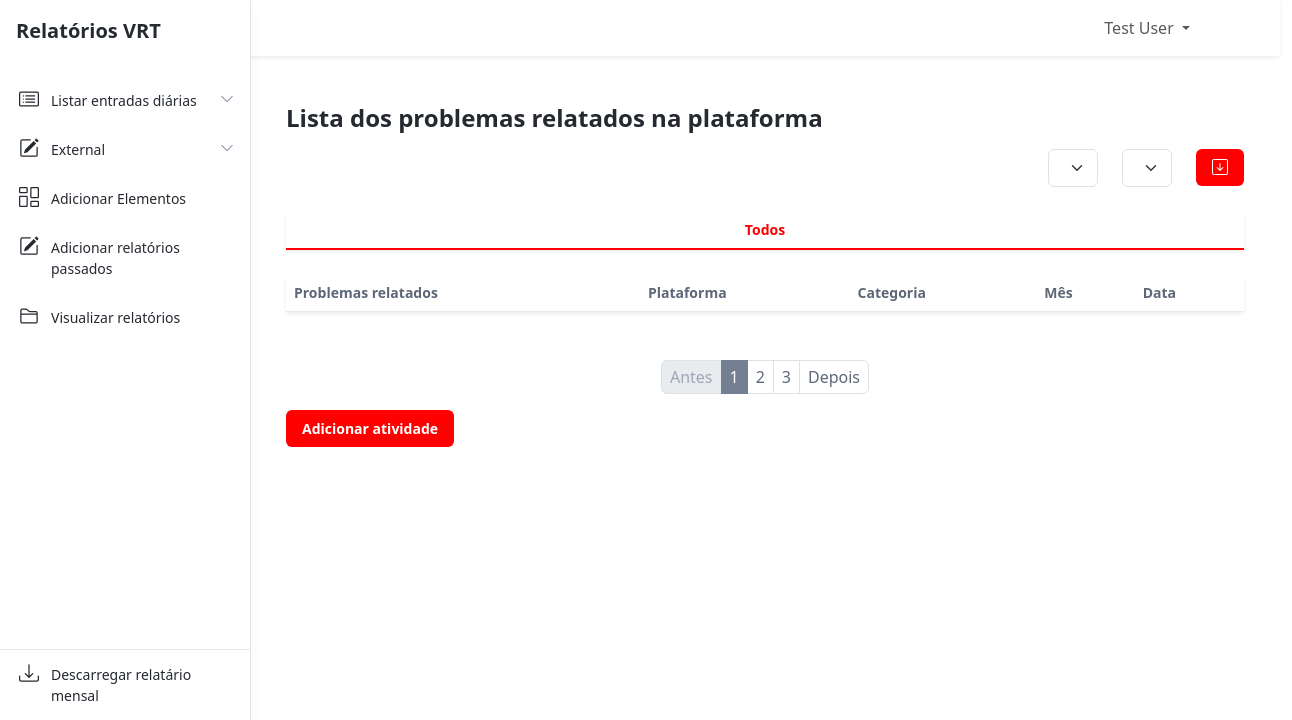
Repository: Yolanda-Marchone/Relatorios
Page: http://localhost/home
An editor plug-in stored every save of this project. The page is shown before and after the next save, followed by the edit.
The browser window is 1280 px wide. The page is 1292 px wide, so the pictures cover 1292 px, including what lies to the right of the window. The pictures show the whole page.
The page is served by the project's Laravel application, run on PHP 8.4 with Laravel 10. A made-up administrator, Test User (test@example.com), is signed in. Style sheets and scripts are compiled from the project's sources, by tool versions that may differ from the author's. Queries for data that is not in the repository find no rows.

Above is the page before, as saved 2024-05-23 10:55:56.
Console error: TypeError: Cannot read properties of null (reading 'addEventListener')

After the next save:
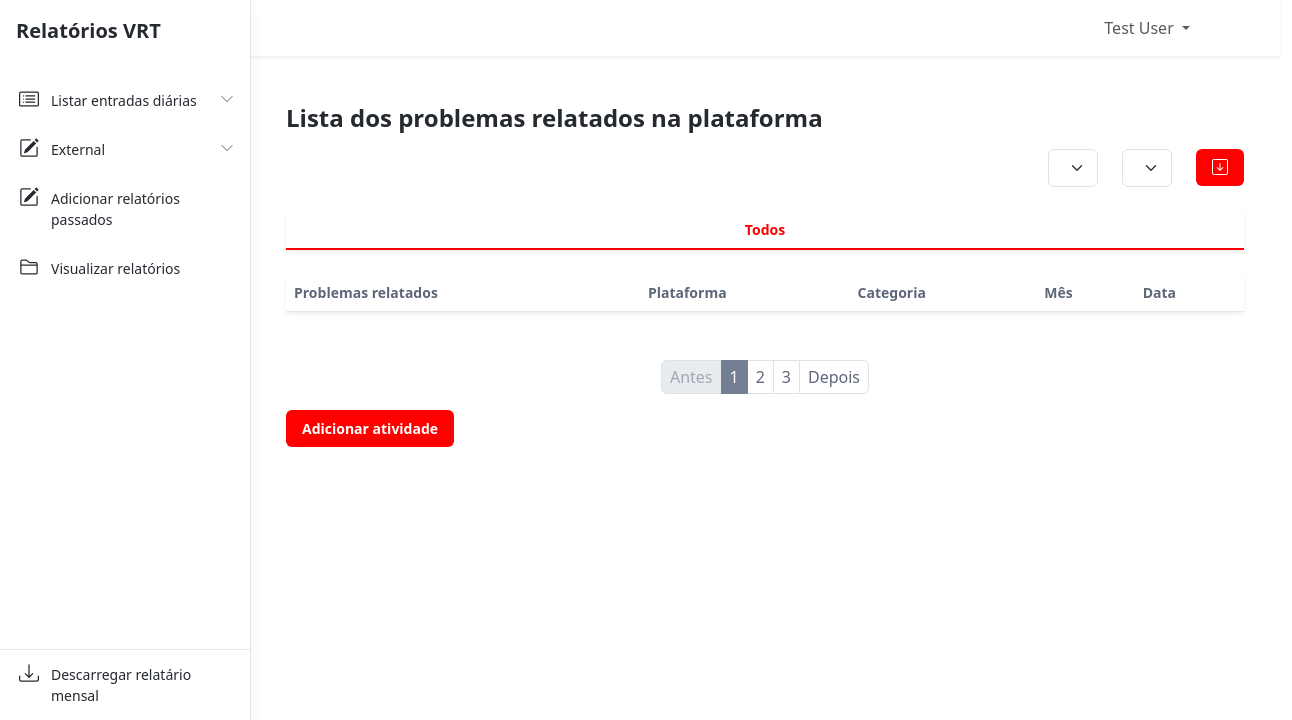
Saved 16 s later.
--- a/resources/views/layouts/app.blade.php
+++ b/resources/views/layouts/app.blade.php
@@ -138,20 +138,7 @@
 					        </div>
 					    </li><!--//nav-item-->
 
-                        <li class="nav-item">
-					        <!--//Bootstrap Icons: https://icons.getbootstrap.com/ -->
-					        <a class="nav-link" href="{{ url('/adicionar') }}">
-						        <span class="nav-icon">
-                                <svg width="1em" height="1em" viewBox="0 0 16 16" class="bi bi-columns-gap" fill="currentColor" xmlns="http://www.w3.org/2000/svg">
-	  <path fill-rule="evenodd" d="M6 1H1v3h5V1zM1 0a1 1 0 0 0-1 1v3a1 1 0 0 0 1 1h5a1 1 0 0 0 1-1V1a1 1 0 0 0-1-1H1zm14 12h-5v3h5v-3zm-5-1a1 1 0 0 0-1 1v3a1 1 0 0 0 1 1h5a1 1 0 0 0 1-1v-3a1 1 0 0 0-1-1h-5zM6 8H1v7h5V8zM1 7a1 1 0 0 0-1 1v7a1 1 0 0 0 1 1h5a1 1 0 0 0 1-1V8a1 1 0 0 0-1-1H1zm14-6h-5v7h5V1zm-5-1a1 1 0 0 0-1 1v7a1 1 0 0 0 1 1h5a1 1 0 0 0 1-1V1a1 1 0 0 0-1-1h-5z"/>
-	</svg>
-
-</svg>
-						         </span>
-		                         <span class="nav-link-text">Adicionar Elementos</span>
-
-					        </a><!--//nav-link-->
-					    </li><!--//nav-item-->
+
 
                         <li class="nav-item">
 					        <!--//Bootstrap Icons: https://icons.getbootstrap.com/ -->
